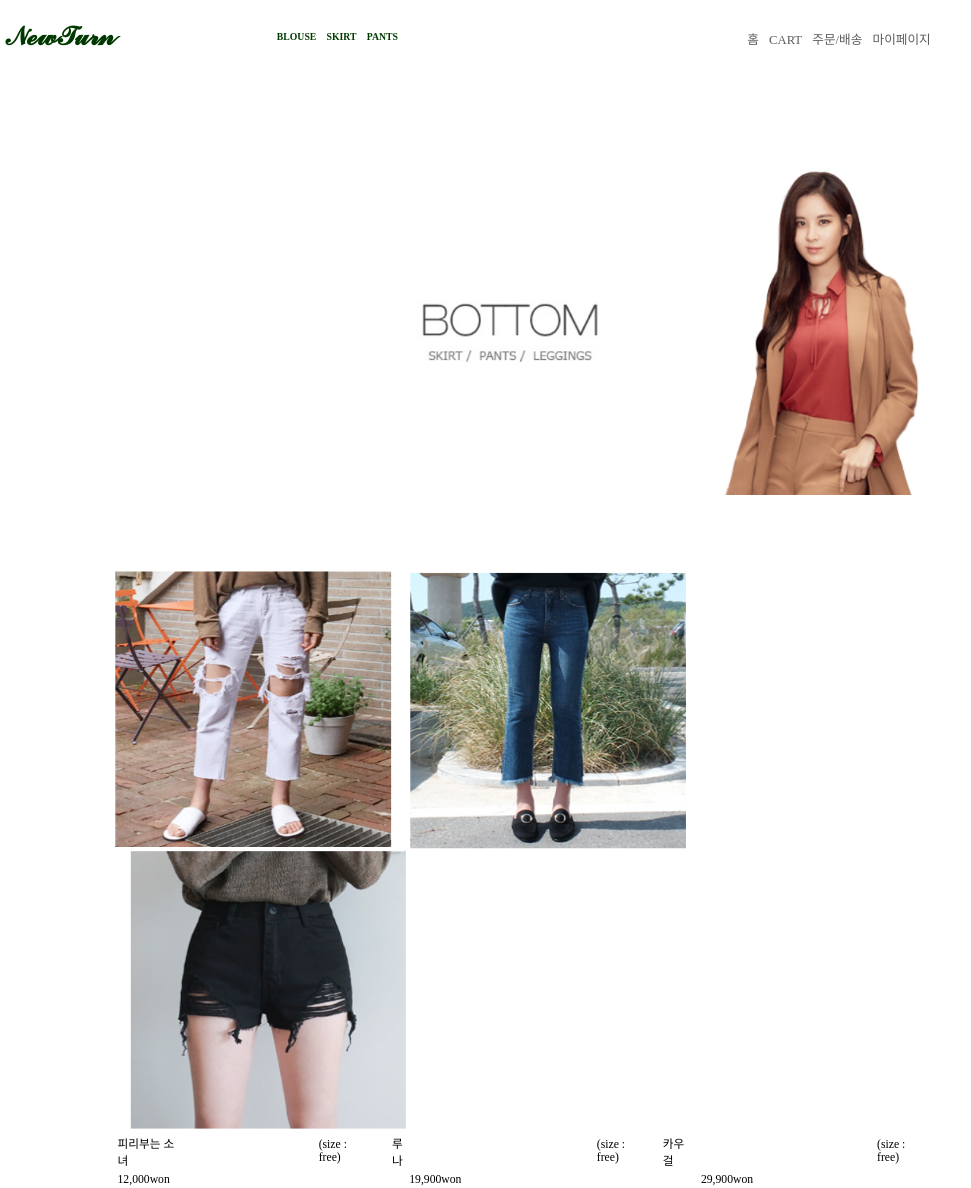
Repository: won0108/Port-Folio
Page: Creating_Homepage/Shopping/WebContent/pants.html
The author's editor kept a copy of each file at every save. The page is drawn from the files as they stood at one save, then again after the next save.
The browser window is 1280 px wide. The page is 1330 px wide, so the pictures cover 1330 px, including what lies to the right of the window. The pictures show the whole page, at 73% of full size.

Above is the page before, as saved 2020-12-03 08:12:05.

### Creating_Homepage/Shopping/WebContent/pants.html
<!DOCTYPE html>
<html>
<head>  <!--웹페이지에 대한 정보를 제공한다.-->
 <title> New Turn </title>  <!--탭에 New Turn을 나타낸다.-->
<style>

 	@font-face{
 	font-family:"My Font";
 	src: url("fontstyle/ENCOSCPT.TTF");
	}
 	h1{
   	color:#003900;
   	position:fixed;
   	top: 0px;
   	left:10px;
   	font-family:"My Font", serif;
   	font-size: 30pt;
   	}
	#infor{
	position:fixed;
	top:40px; right:0px;
	}
	#infor a{
	text-decoration:none;
	color:#5D5D5D;
	font-size:13pt;
	display: inline;
	padding :5px;
	}
	#infor a:hover{
	tex-decoration:underline;
	color: black;
	text-weight:bold;
	}
	#categ{
	position:fixed;
	top:25px; right:730px;
	}
	#categ ul li{
	display: inline;
	}
	#categ ul li a{
	text-decoration:none;
	color:#003900;
	font-size:10pt;
	font-weight:bold;
	text-transform:uppercase;
	padding :5px;
	}
	#categ ul li a:hover{
	tex-decoration:underline; color: black;
	}
	#main{
   	position:relative;
   	top: 300px; margin-left:150px;
   }
</style>
</head>
<body>
	<h1> NewTurn </h1>
	<div id="infor">
		<a href="shoping.html">홈</a>
		<a href="">CART</a>
		<a href="">주문/배송</a>
		<a href="마이페이지.html">마이페이지</a>
	</div>
	<div id="categ">
		<ul>
			<li><a href="top.html">BLOUSE</a></li>
			<li><a href="skirt.html">SKIRT</a></li>
			<li><a href="pants.html">PANTS</a></li>
		</ul>
	</div>
	<img style="position:relative; top: 200px; left:450px;" src="images/서현.PNG"><br>
	<div id="main">
			<img src="images/바지4.PNG" width="380" height="380">
			<img src="images/바지2.PNG" width="380" height="380" style="padding-left:20px;">
			<img src="images/바지3.PNG" width="380" height="380" style="padding-left:20px;">
			<table>
				<tr>
					<td>피리부는 소녀</td>
					<td style="padding-left:190px;">(size : free)</td>
					<td style="padding-left: 30px;">루나</td>
					<td style="padding-left:250px;">(size : free)</td>
					<td style="padding-left: 20px;">카우걸</td>
					<td style="padding-left:250px;">(size : free)</td>
			    </tr>
			</table>

		<table>
			<tr>
		    	<td>12,000won</td>
		    	<td style="padding-left: 325px;">19,900won</td>
		    	<td style="padding-left: 325px;">29,900won</td>
		    </tr>
		</table>
	</div>
</body>
</html>

After the next save:
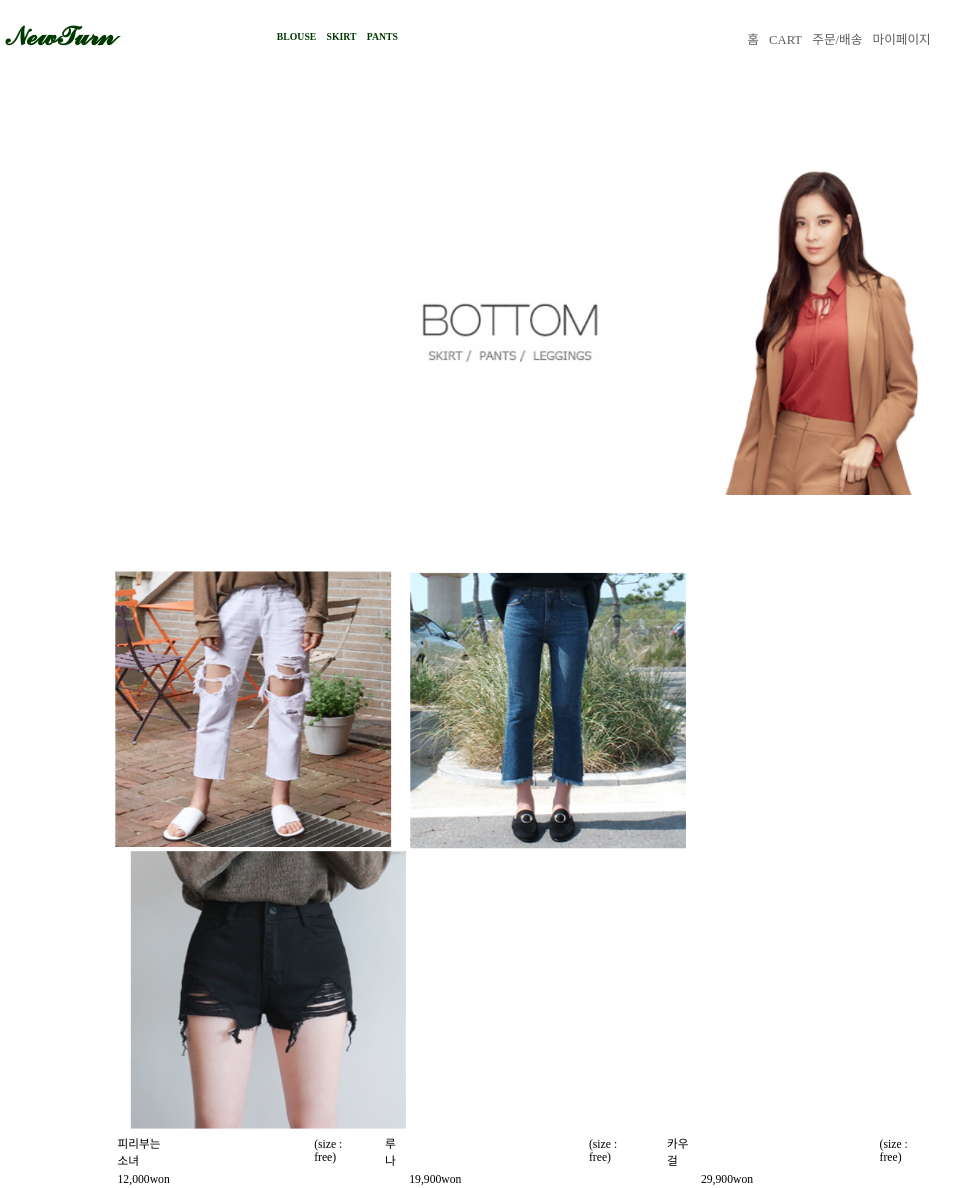
Saved 19 s later.
--- a/Creating_Homepage/Shopping/WebContent/pants.html
+++ b/Creating_Homepage/Shopping/WebContent/pants.html
@@ -82,7 +82,7 @@
 					<td style="padding-left:190px;">(size : free)</td>
 					<td style="padding-left: 30px;">루나</td>
 					<td style="padding-left:250px;">(size : free)</td>
-					<td style="padding-left: 20px;">카우걸</td>
+					<td style="padding-left: 40px;">카우걸</td>
 					<td style="padding-left:250px;">(size : free)</td>
 			    </tr>
 			</table>
